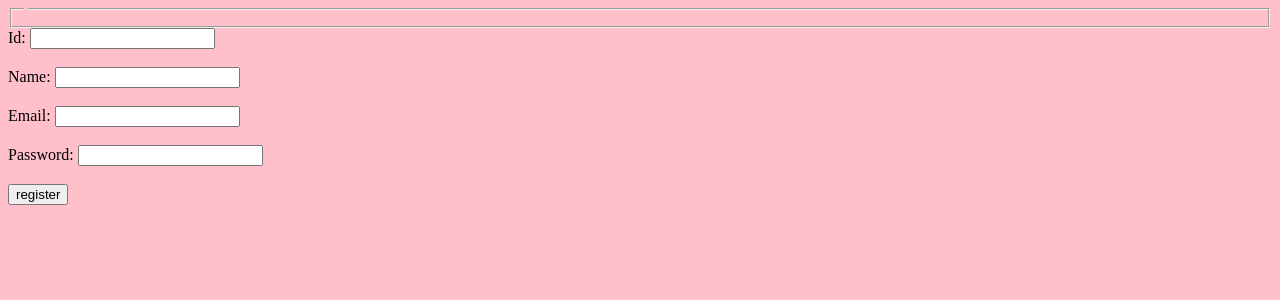
Repository: pawankumarsharm/UST_JDBC_SERVLET
Page: jdbc/empwebapp/WebContent/register.html
The author's editor kept a copy of each file at every save. The page is drawn from the files as they stood at one save, then again after the next save.
The browser window is 1280 px wide. The pictures show the whole page.

Above is the page before, as saved 2019-11-15 10:11:44.

### jdbc/empwebapp/WebContent/register.html
<!DOCTYPE html>
<html>
<head>
<meta charset="ISO-8859-1">
<title>Insert title here</title>
</head>
<body bgcolor="pink">
<form action="" method="post">
<fieldset>
<legend></legend>



</fieldset>
<table></table>
		Id: <input name="id" type="text"><br><br>
		Name: <input name="name" type="text"><br><br>
		Email: <input name="email" type="email"><br><br>
		Password: <input type="password" name="password"><br><br>
		<input type="submit" value ="register"><br>
	</form>

</body>
</html>

After the next save:
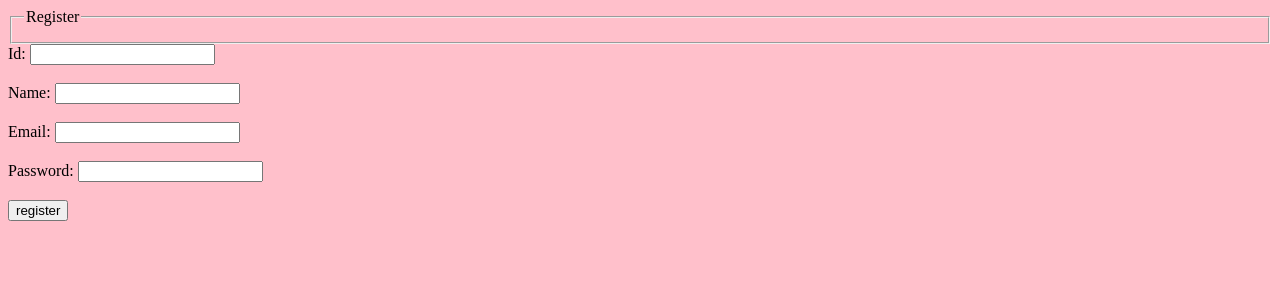
Saved 57 s later.
--- a/jdbc/empwebapp/WebContent/register.html
+++ b/jdbc/empwebapp/WebContent/register.html
@@ -7,7 +7,7 @@
 <body bgcolor="pink">
 <form action="" method="post">
 <fieldset>
-<legend></legend>
+<legend>Register</legend>
 
 
 
